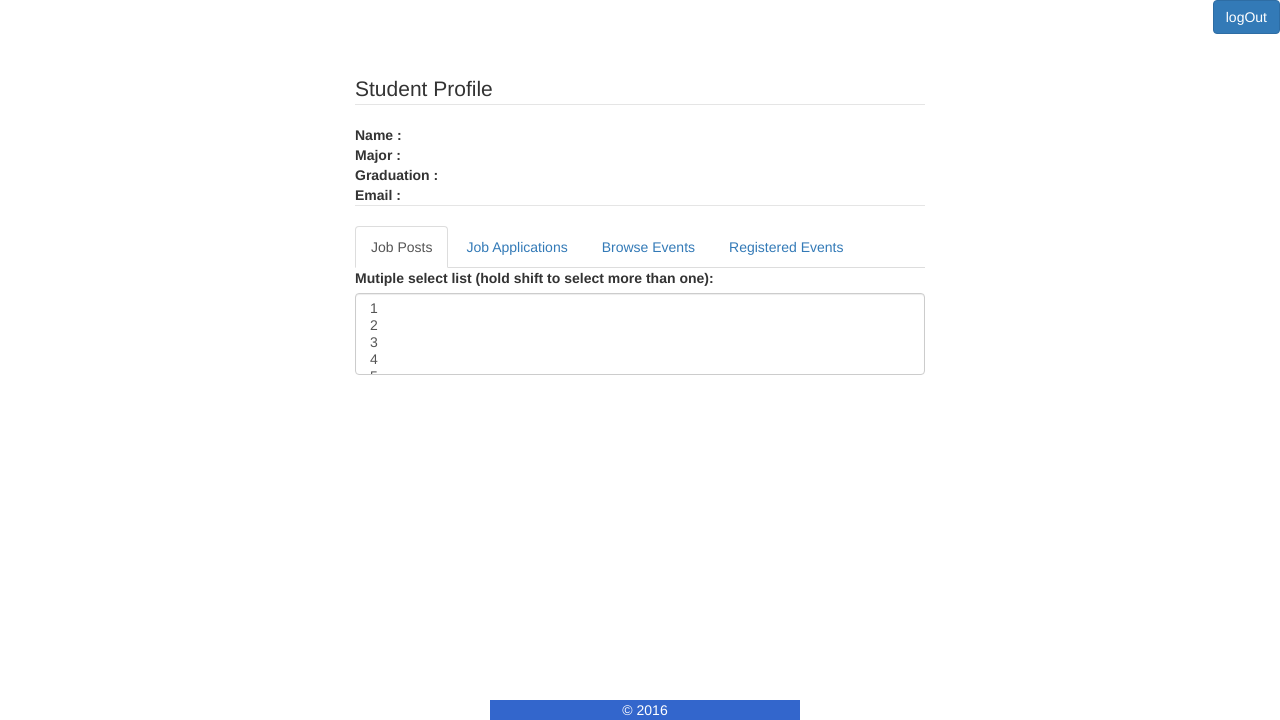
Repository: merlynfrank/AcademicProjects
Page: http://localhost/studenthome
An editor plug-in stored every save of this project. The page is shown before and after the next save, followed by the edit.
The browser window is 1280 px wide. The pictures show the whole page.
The page is this project's Thymeleaf template; nobody is signed in. The template is opened directly, without the code that normally fills it, so the values that code supplies are empty.

Above is the page before, as saved 2018-12-01 01:42:18.

### smith-is-internship/src/main/resources/templates/studenthome.html
<!DOCTYPE html>
<html xmlns:th="http://thymeleaf.org">
<head>
<link th:href="@{/css/bootstrap.min.css}" rel="stylesheet"
	type="text/css"></link>
<link th:href="@{/css/layout.css}" rel="stylesheet" type="text/css"></link>
<script type="text/javascript" th:src="@{/js/jquery-3.1.0.min.js}"></script>
<script type="text/javascript" th:src="@{/js/bootstrap.min.js}"></script>

</head>
<style>
.footer {
	position: absolute;
	right: 37.5%;
	left: 50%;
	bottom: 0px;
	width: 100;
	background: #3366cc;
	color: white;
	text-align: center;
	margin-left: -150px
}

.grid-container {
	display: grid;
	grid-template-columns: 50% 50%;
}

.collapsible {
	backgroound-color: #eee;
	color: #444;
	cursor: pointer;
	padding: 18px;
	width: 100%;
	border: none;
	text-align: left;
	outline: none;
	font-size: 15px;
}

.active, .collapsible:hover {
	backgroound-color: #ccc;
}

.content {
	padding: 0 18px;
	display: none;
	overflow: hidden;
	background-color: #f1f1f1;
}
</style>
<body>
	<!-- LogOut button -->
	<form th:action="@{/login}" th:object="${loginForm}">
		<div align="right">
			<button id="logOut" name="logOut" class="btn btn-primary">logOut</button>
		</div>
	</form>
	<br />
	<br />
	<div class="container">
		<form class="form-horizontal" th:action="@{/login}"
			th:object="${loginForm}" method="post">
			<fieldset>

				<!-- Form Name -->
				<legend>Student Profile</legend>
				<table>
					<tr>
						<th>Name :</th>
						<td><span th:text="${fname}"> ${fname} </span><span
							th:text="${lname}">${lname}</span></td>
					</tr>
					<tr>
						<th>Major :</th>
						<td><span th:text="${major}"> ${major} </span></td>
					</tr>
					<tr>
						<th>Graduation :</th>
						<td><span th:text="${graduation}"> ${graduation} </span></td>
					</tr>
					<tr>
						<th>Email :</th>
						<td><span th:text="${email}"> ${email} </span></td>
					</tr>
				</table>

			</fieldset>
		</form>

		<script type="text/javascript" th:src="@{/js/jquery-3.1.0.min.js}"></script>
		<script type="text/javascript" th:src="@{/js/bootstrap.min.js}"></script>
	</div>

	<!-- Table for Search jobs and Applied jobs -->
	<div class="container">
		<legend></legend>
	</div>

	<div id="exTab2" class="container">
		<ul class="nav nav-tabs">
			<li class="active"><a href="#1" data-toggle="tab">Job Posts</a>
			</li>
			<li><a href="#2" data-toggle="tab">Job Applications</a></li>
			<li><a href="#3" data-toggle="tab">Browse Events</a></li>
			<li><a href="#4" data-toggle="tab">Registered Events</a></li>
		</ul>

		<div class="tab-content ">
			<div class="tab-pane active" id="1">
				 <label for="sel2">Mutiple select list (hold shift to select more than one):</label>
      <select class="form-control" id="locations" name="locations" multiple="multiple">
        <option>1</option>
        <option>2</option>
        <option>3</option>
        <option>4</option>
        <option>5</option>
      </select>
			</div>
			<div class="tab-pane" id="2">
				<h3>Notice the gap between the content and tab after applying a
					background color</h3>
			</div>
			<div class="tab-pane" id="3">
				<h3>add clearfix to tab-content (see the css)</h3>
			</div>
			<div class="tab-pane" id="4">
				<h3>add clearfix to tab-content (see the css)</h3>
			</div>
		</div>
	</div>


</body>
<div class="footer">&copy; 2016</div>

</html>

### smith-is-internship/src/main/resources/static/css/layout.css
.container {
    width: 600px;
    margin: auto;
}
.remember-me {
    text-align: center;
}
.btn-login {
    width: 100%;
}

Loaded but not shown: smith-is-internship/src/main/resources/static/css/bootstrap.min.css (library); smith-is-internship/src/main/resources/static/js/jquery-3.1.0.min.js (library); smith-is-internship/src/main/resources/static/js/bootstrap.min.js (library)

After the next save:
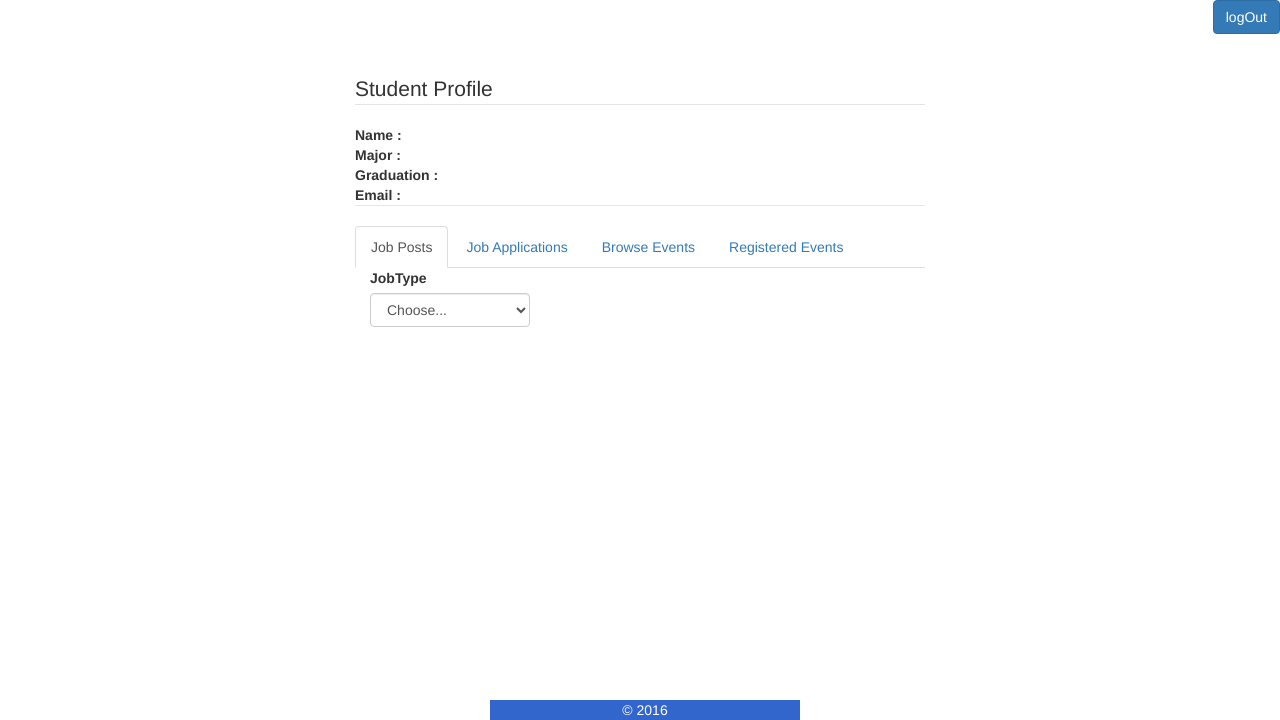
Saved 6 min 30 s later.
--- a/smith-is-internship/src/main/resources/templates/studenthome.html
+++ b/smith-is-internship/src/main/resources/templates/studenthome.html
@@ -108,14 +108,14 @@
 
 		<div class="tab-content ">
 			<div class="tab-pane active" id="1">
-				 <label for="sel2">Mutiple select list (hold shift to select more than one):</label>
-      <select class="form-control" id="locations" name="locations" multiple="multiple">
-        <option>1</option>
-        <option>2</option>
-        <option>3</option>
-        <option>4</option>
-        <option>5</option>
-      </select>
+				<div class="form-group col-md-4">
+					<label for="jobType">JobType</label> <select id="jobType"
+						class="form-control">
+						<option selected>Choose...</option>
+						<option>FT</option>
+						<option>Internship</option>
+					</select>
+				</div>
 			</div>
 			<div class="tab-pane" id="2">
 				<h3>Notice the gap between the content and tab after applying a
